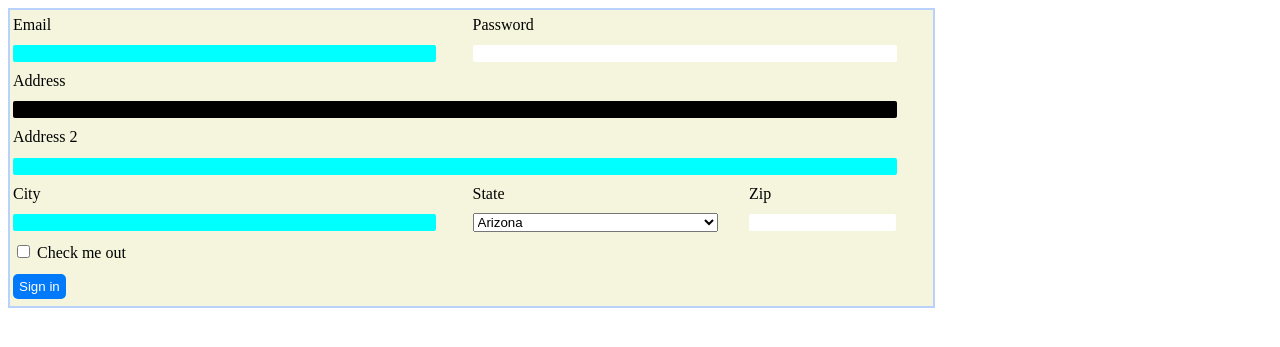
Repository: LongNguyen2504/T3H-FrondEnd
Page: Lesson2_CSS_HomeWork1.html
These files come from the project's save history. The page is drawn as it stood at one moment and after the next save; the edit follows.
The browser window is 1280 px wide. The pictures show the whole page.

Above is the page before, as saved 2021-11-29 20:07:11.

### Lesson2_CSS_HomeWork1.html
<!DOCTYPE html>
<html lang="en">
<head>
    <meta charset="UTF-8">
    <meta http-equiv="X-UA-Compatible" content="IE=edge">
    <meta name="viewport" content="width=device-width, initial-scale=1.0">
    <title>Document</title>
    <link rel="stylesheet" href="Lesson2_CSS_HomeWork1.css">
</head>
<body>
    <form>
       <div>
        <table>
            <tr>
                <td colspan="1" ><label for="email">Email</label> </td>
                <td colspan="2" ><label for="password">Password</label></td>
            </tr>
            <tr>
                <td colspan="1" class="td-email"><input type="text" name="email" id="input-email"></td>
                <td colspan="2" class="td-password"><input type="password" name="password" id="input-password"></td>
            </tr>
            <tr>
                <td colspan="3">
                    <label for="address1">Address</label>
                </td>
            </tr>
            <tr>
                <td colspan="3">
                    <input type="text" name="address1" id="address1" class="address1">
                </td>
            </tr>
            <tr>
                <td colspan="3">
                    <label for="address2">Address 2</label>
                </td>
            </tr>
            <tr>
                <td colspan="3">
                    <input type="text" name="address2" id="address2" class="address2">
                </td>
            </tr>
            <tr>
                <td>
                    <label for="city">City</label>
                </td>
                <td>
                    <label for="state">State</label>
                </td>
                <td>
                    <label for="zipcode">Zip</label>
                </td>
            </tr>
            <tr>
                <td class="td-city">
                    <input type="text" name="city" id="input-city">
                </td>
                <td class="td-state">
                    <select name="state" id="input-state">
                        <option value="Arizona" selected>Arizona</option>
                        <option value="California">California</option>
                    </select>
                </td>
                <td class="td-zip">
                    <input type="number" name="zip" id="input-zip" maxlength="6">
                </td>
            </tr>
            <tr>
                <td>
                    <input type="checkbox" name="check" id="check">
                    <label for="check">Check me out</label>
                </td>
            </tr>
            <tr>
                <td>
                    <input type="submit" value="Sign in" id="submit-button">
                </td>
            </tr>
        </table>
       </div>
    </form>
</body>
</html>

### Lesson2_CSS_HomeWork1.css
input{
    border-radius: 2px;
    border:none;
}
#submit{
    background-color: #a7d2fc;
}
table{
    /* width: 450px;
    height: 300px;  */
    /* width: 75%; */
    background-color: #f5f5dd;
    border: 2px solid #b9d2fb;
    height: 300px;
}
div{
    /* padding: 30px;
    background-color: wheat;
    width: 50%; */
}
/* form{
    width: 100%;
    height: 350px;
} */
.address1,.address2{
    width: 96%;
}
.td-city{
    width: 50%;
}
.td-state{
    width: 30%;
}
.td-zip{
    width: 20%;
}
.td-city #input-city{
    width: 92%;
}
.td-state #input-state{
    width: 90%;
}
.td-zip #input-zip{
    width: 79%;
}
.td-email #input-email{
    width: 92%;
}
.td-password #input-password{
    width: 92%;
}
#submit-button{
    color: white;
    border-radius: 5px;
    height: 25px;
    background-color: #0079fa;
}
input[type="text"]{
    background-color: aqua;
}
div .address1{
    background-color: black;
}

After the next save:
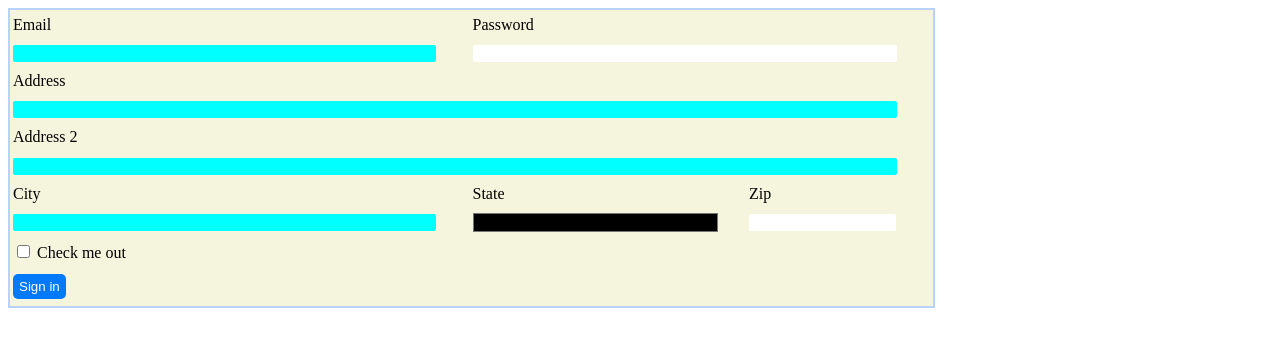
Saved 35 s later.
--- a/Lesson2_CSS_HomeWork1.css
+++ b/Lesson2_CSS_HomeWork1.css
@@ -58,6 +58,6 @@ div{
 input[type="text"]{
     background-color: aqua;
 }
-div .address1{
+div select{
     background-color: black;
 }
